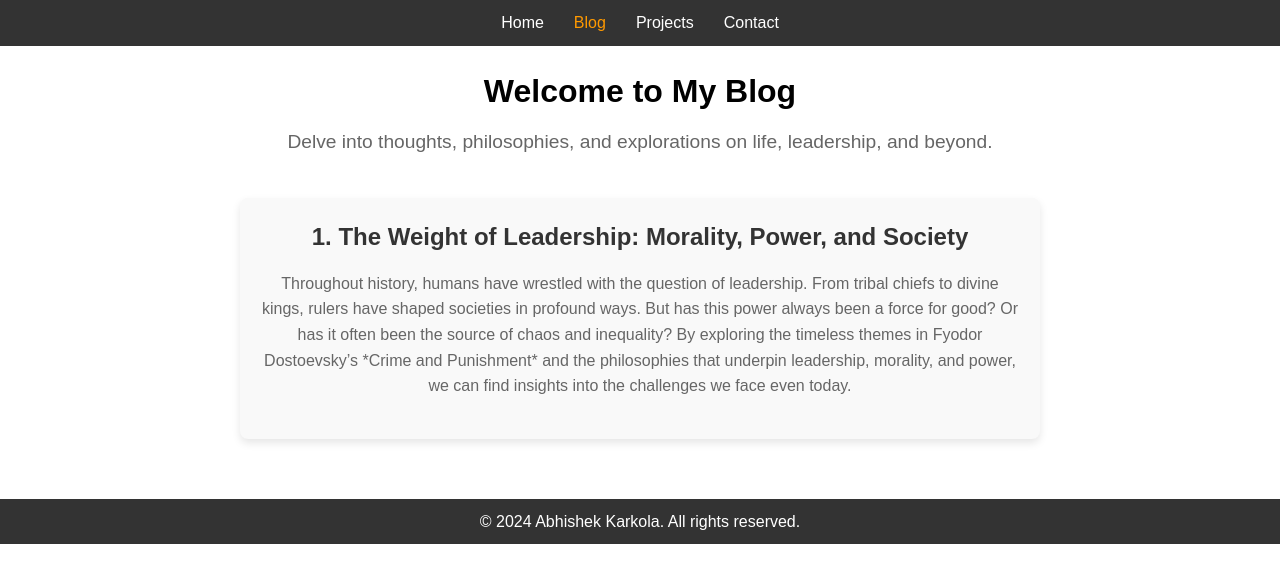
Repository: APersonalVoyage/APersonalVoyage.github.io
Page: blog.html
The author's editor kept a copy of each file at every save. The page is drawn from the files as they stood at one save, then again after the next save.
The browser window is 1280 px wide. The pictures show the whole page.

Above is the page before, as saved 2024-11-16 23:10:56.

After the next save:
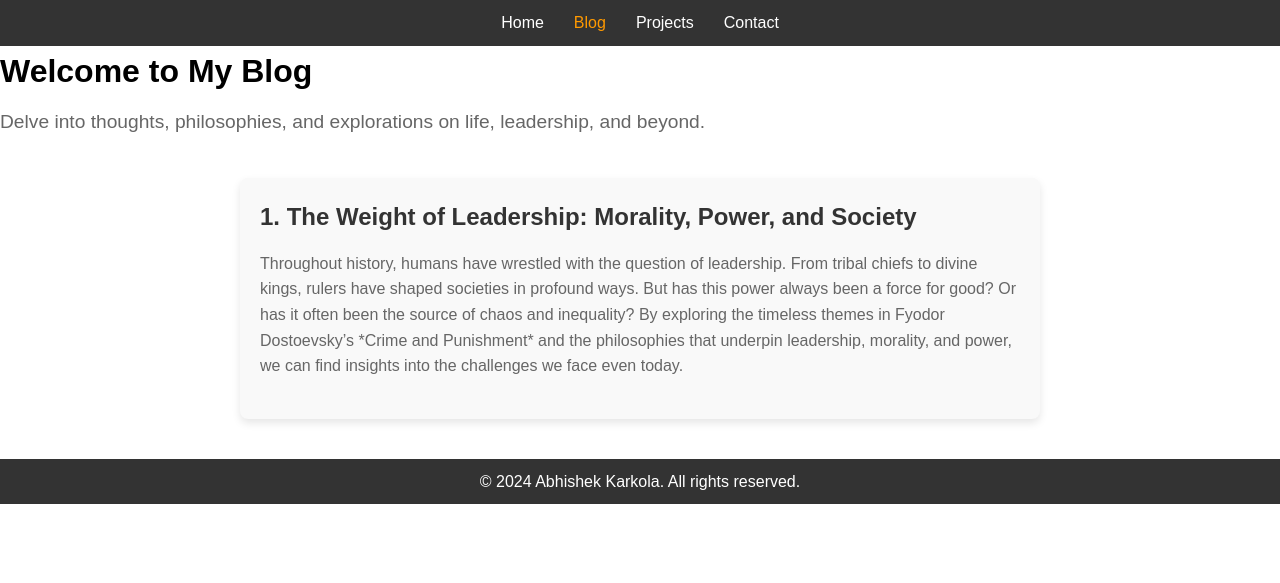
Saved 7 min 32 s later.
--- a/blog.css
+++ b/blog.css
@@ -34,9 +34,11 @@ header {
 
 /* Main section styling */
 .blog-section-container {
-  padding: 20px;
-  text-align: center;
+  display: block !important;
+  width: 100%;
+  overflow: visible;
 }
+
 
 .blog-header {
   margin-bottom: 40px; /* Adds space between title and blog post */
